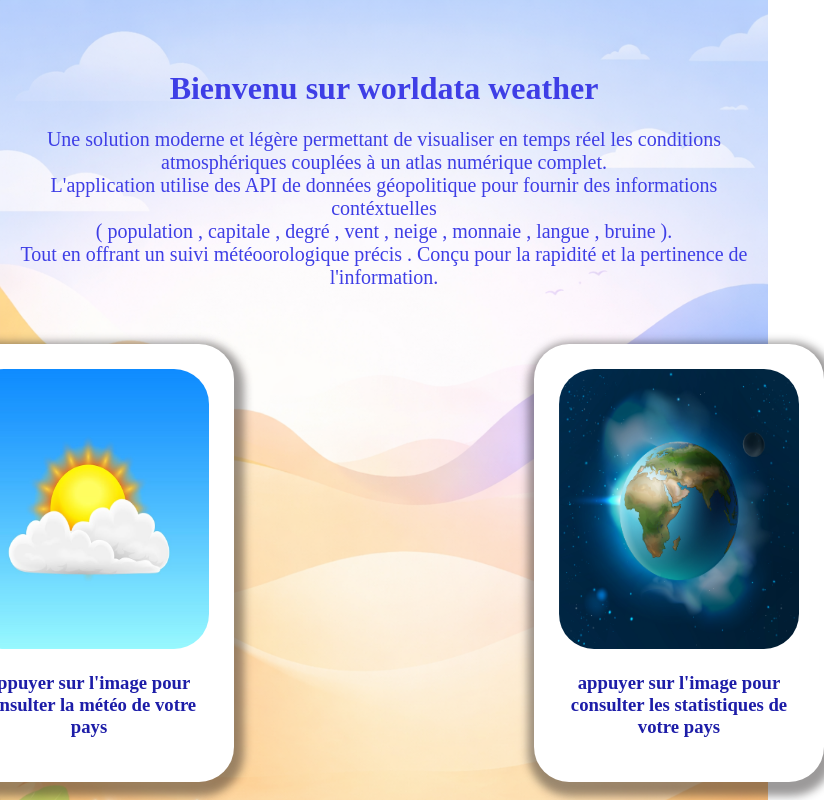
Repository: assanendao171/meteo
Page: index.html
An editor plug-in stored every save of this project. The page is shown before and after a run of saves, followed by the edit.
The browser window is 768 px wide. The page is 824 px wide, then 768 px, so the pictures cover 824 px, including what lies to the right of the window. The pictures show the whole page.

Above is the page before, as saved 2026-03-18 17:28:15.

### index.html
<!DOCTYPE html>
<html lang="en">
<head>
    <meta charset="UTF-8">
    <meta name="viewport" content="width=device-width, initial-scale=1.0">
    <title>Document</title>
    <link rel="stylesheet" href="style.css">
</head>
<body>
    <h1>Bienvenu sur worldata weather</h1>
    <p>Une solution moderne et légère permettant de visualiser en temps réel les conditions atmosphériques couplées à un atlas numérique
        complet. <br> L'application utilise des API de données géopolitique pour fournir des informations contéxtuelles <br>
        ( population , capitale , degré , vent , neige , monnaie , langue , bruine ). <br>
        Tout en offrant un suivi météoorologique précis . Conçu pour la rapidité et la  pertinence de l'information.
    </p>
    <div id="contain">
        <div id="img1">
            <a href="meteo.html" target="_parent"> <img src="acceuil.jpg" alt="meteo"></a>
<h3>appuyer sur l'image pour consulter la météo de votre pays</h3>
        </div>
        <div id="img2">
            <a href="donne.html" target="_parent"><img src="18966224.jpg" alt="la terre"></a>
<h3>appuyer sur l'image pour consulter les statistiques de votre pays</h3>

        </div>
    </div>
</body>
</html>

### style.css
body{
    background-image: url("fondacceuil.png");
    background-size: cover;
    background-repeat: no-repeat;
}
img{
    width: 240px;
    height: 280px;
    border-radius: 35px;
}
img:hover{
transform: scale(1.1);
transition: 1.5s;
}
h1{
    text-align: center;
    color: rgb(62, 62, 230);
    font-size:2rem;
        margin-top: 70px;

}
#contain{
    display: flex;
    gap: 300px;
flex-direction: row;
justify-content: center;
align-items: center;
margin-top:55px
}
p{
        font-size: 20px;
    text-align: center;
    color: rgb(62, 62, 230);
}
#img1,#img2{
    width: 280px;
    height: auto;
    padding:25px;
    background-color: white;
    display: flex;
    flex-direction: column;
    justify-content: center;
    align-items: center;
    border-radius: 35px;
    box-shadow: rgba(31, 28, 28, 0.445) 2px 6px 8px 8px;
    cursor: pointer;
}
h3{
        text-align: center;
    color: rgb(29, 29, 168);
}
/* mobile */
@media(max-width:768px){

}

After the next 2 saves:
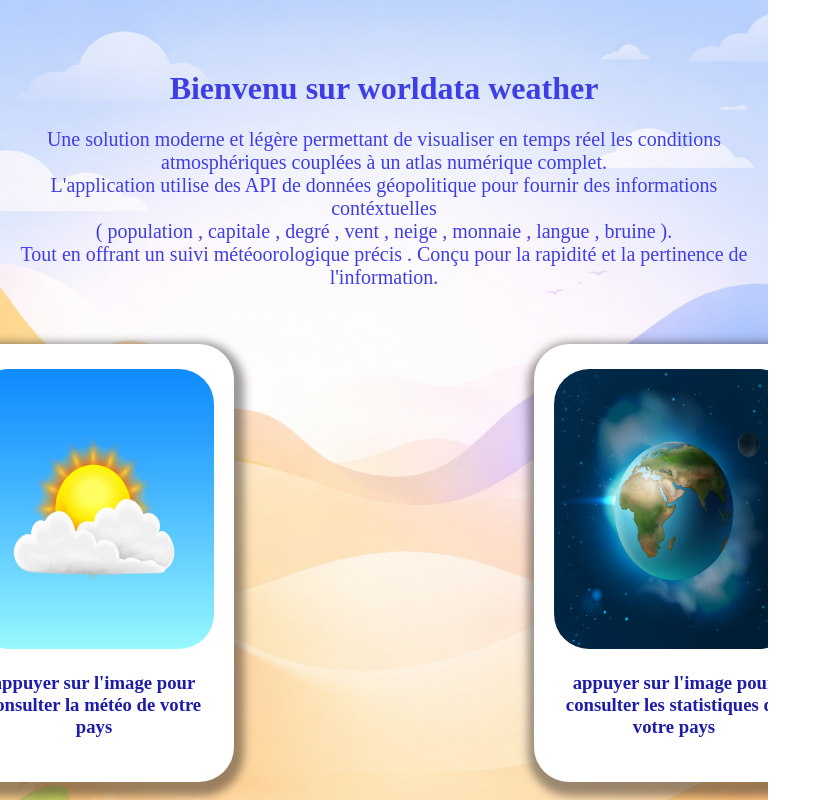
The 2 saves are shown as one change because they came seconds apart.
The last was saved 26 s later.
--- a/style.css
+++ b/style.css
@@ -51,5 +51,14 @@ h3{
 }
 /* mobile */
 @media(max-width:768px){
+*{
+box-sizing: border-box;
+}
+html, body {
+  width: 100%;
+  height: 100%;
+  overflow-x: hidden;
+  margin: 0;
+}
 
 }
